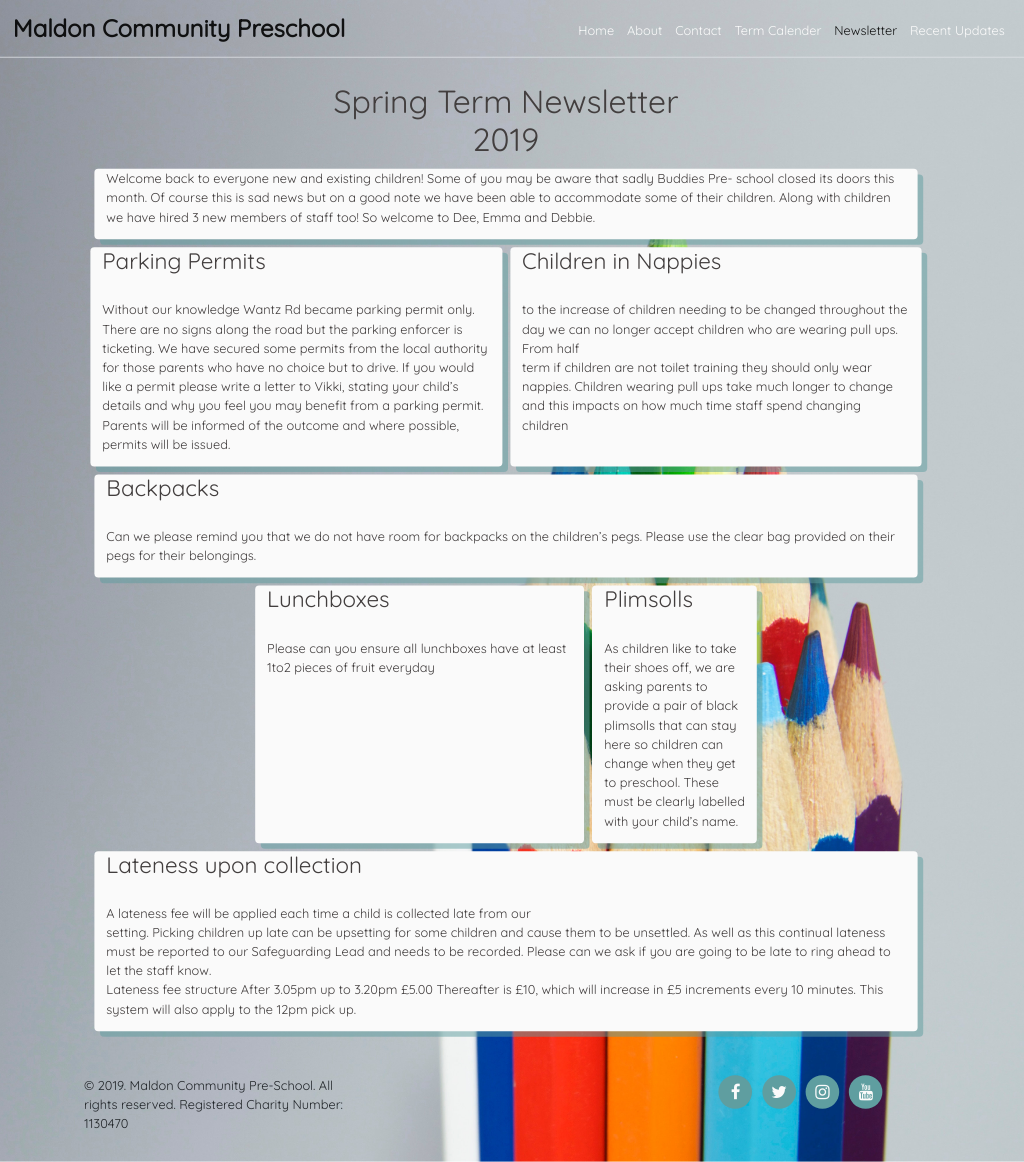
Repository: parkslee/milestone_1
Page: newsletter.html
The author's editor kept a record of every edit. The page is drawn from the files as they stood at one moment, then again after the next edit.
The browser window is 1280 px wide. The pictures show the whole page, at 80% of full size.
Some web libraries are served in a nearby version.

Above is the page before.

After the next edit:
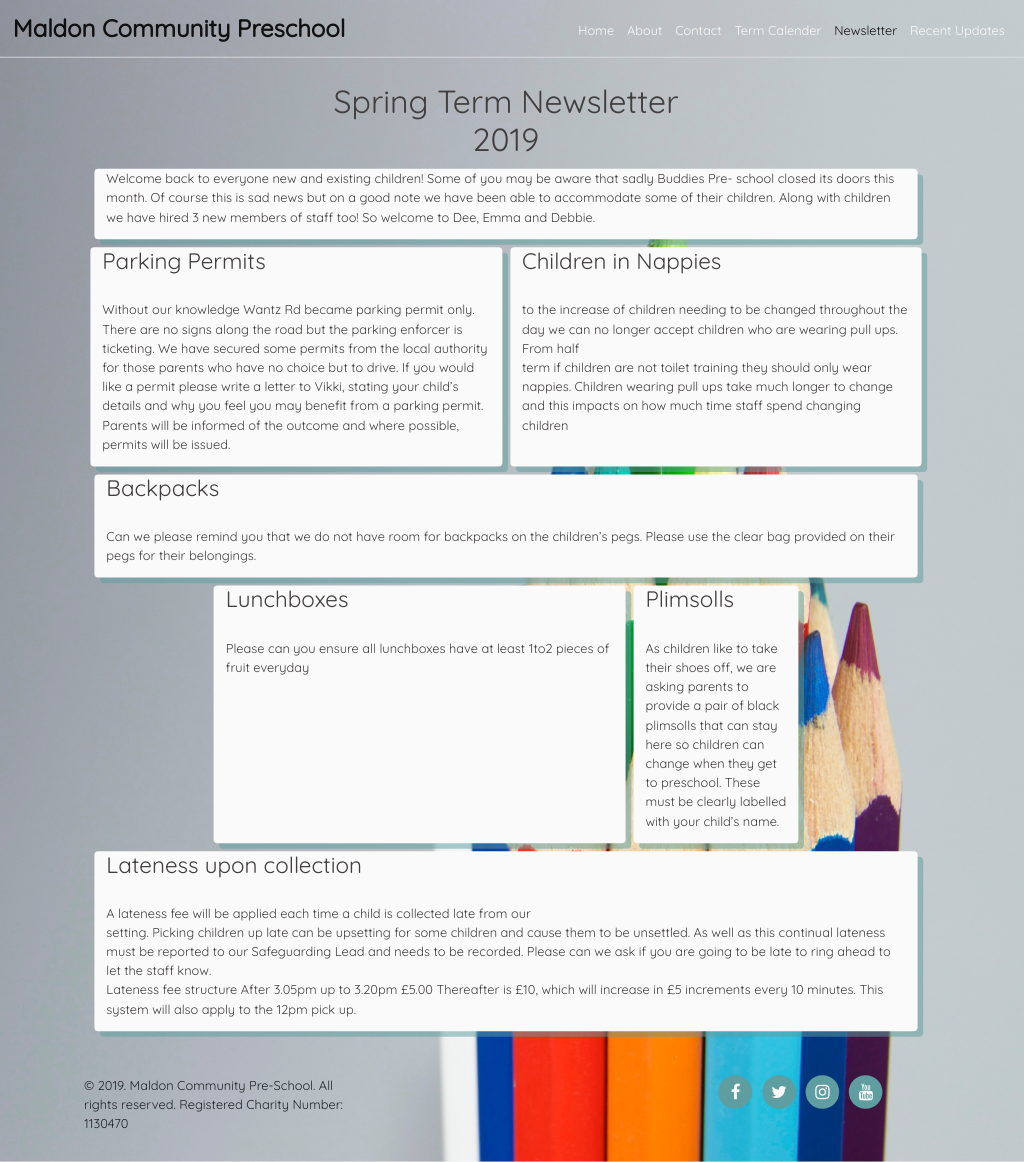
The edit:
--- a/newsletter.html
+++ b/newsletter.html
@@ -92,7 +92,7 @@
 
             </div>
 
-            <div class="col-sm-6 col-md-4 newsletter-blocks">
+            <div class="col-sm-6 col-md-5 newsletter-blocks">
                 <h3> Lunchboxes</h3>
                 <br>
                 <p>Please can you ensure all lunchboxes have at least 1to2 pieces of fruit everyday
